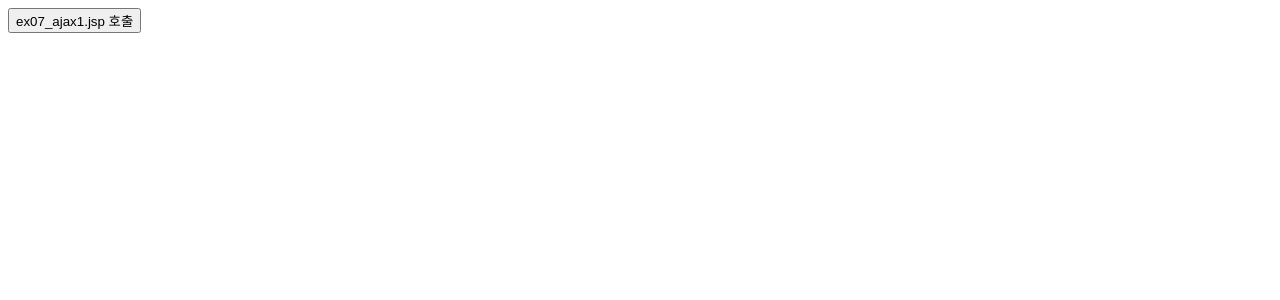
Repository: dongcmd/dong_jsp
Page: ajaxStudy/src/main/webapp/ex07_jQuery.html
These files come from the project's save history. The page is drawn as it stood at one moment and after the next save; the edit follows.
The browser window is 1280 px wide. The pictures show the whole page.

Above is the page before, as saved 2025-04-21 06:24:26.

After the next save:
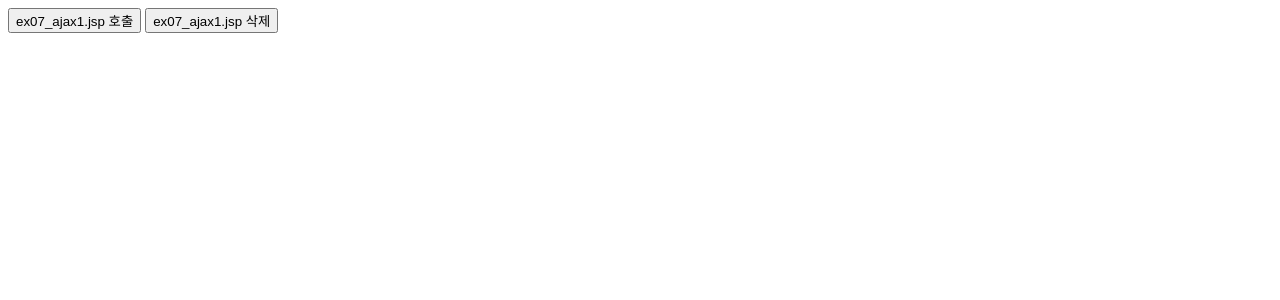
Saved 3 min 50 s later.
--- a/ajaxStudy/src/main/webapp/ex07_jQuery.html
+++ b/ajaxStudy/src/main/webapp/ex07_jQuery.html
@@ -6,6 +6,7 @@
 </head>
 <body>
 <button id="btn1">ex07_ajax1.jsp 호출</button>
+<button id="btn2">ex07_ajax1.jsp 삭제</button>
 <script src="https://ajax.googleapis.com/ajax/libs/jquery/3.7.1/jquery.min.js"></script>
 <script>
 	$(function() {
